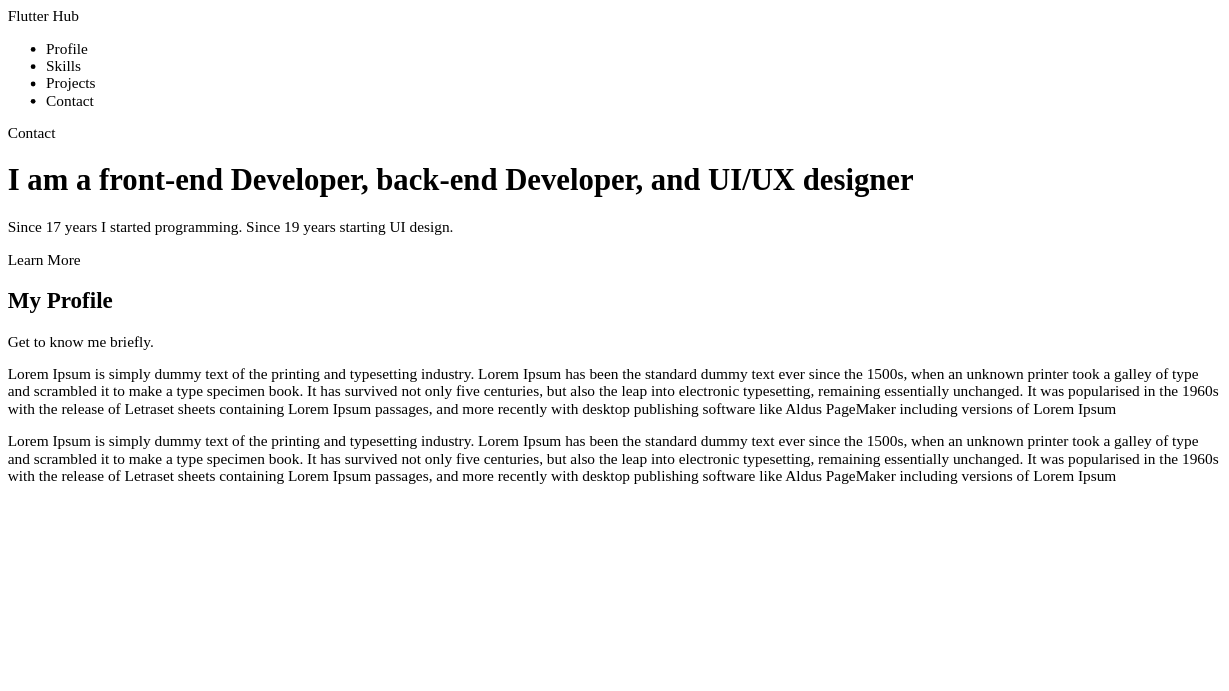
Repository: fhub-1/tutorial
Page: /
These files come from the project's save history. The page is drawn as it stood at one moment and after the next save; the edit follows.
The browser window is 1280 px wide. The pictures show the whole page, at 96% of full size.
The project was rebuilt for these pictures with package versions that can differ from the ones it lists, and the page was loaded fresh each time. The framework's server and built-in components were replaced by stand-ins that run in the browser. Also part of the build but not shown: next.config.js.

Above is the page before, as saved 2021-06-22 14:50:27.

### pages/_app.js
//adding tailwindcss file
import "tailwindcss/tailwind.css"
import Head from "next/head"


function MyApp({ Component, pageProps }) {
  return (
    //monday adding same files and google fonts
    <>
      <Head>
       <link rel="preconnect" href="https://fonts.gstatic.com" />
       <link href="https://fonts.googleapis.com/css2?family=IBM+Plex+Serif:ital,wght@0,300;0,400;0,500;0,600;0,700;1,300;1,400;1,500;1,600;1,700&display=swap" rel="stylesheet" />
       <link href="https://fonts.googleapis.com/css2?family=IBM+Plex+Serif:ital,wght@0,300;0,400;0,500;0,600;0,700;1,300;1,400;1,500;1,600;1,700&family=Source+Code+Pro:ital,wght@0,400;0,500;0,600;0,700;1,400;1,500;1,600&display=swap" rel="stylesheet"  />
      </Head>
      <Component {...pageProps} />
      </>
  );
}

export default MyApp;

### pages/index.js
import Nav from "../components/Nav"
import Logo from "../components/Logo"
import Button from "../components/Button"
// import Image from 'next/image'
// import Pro from  '../public/Pro1.png'


export default function Home() {

  return (
    <>
      {/* starting on the hero section */}
      {/* working on the hero background on the hero section */}
      <div className="bg-hero  h-[700px] bg-repeat-round">
        <div className="container mx-auto">
          <div className="flex  items-center py-10">
            <div className="w-3/12 ">
              {/* bring logo from logo js */}
              <Logo />
            </div>
            <div className="w-6/12">
              {/* create new file nav js copy the code */}
              <Nav />
            </div>
            <div className="w-3/12 text-right">
              <Button variant="outline-b  lue">Contact</Button>
            </div>
            </div>
          <div className="text-center mt-18">
            <h1 className=" text-3xl  text-white font-semibold font-mono w-5/12 mx-auto leading-relaxed">
            I am a front-end Developer, back-end Developer, and  UI/UX designer
            </h1>
            <p className="text-white text-opacity-60 text-lg mt-6 mx-auto w-4/12 leading-relaxed">Since 17 years I started programming. Since 19 years starting UI design.</p>
            <Button variant="yellow" className="mt-10 text-center">Learn More</Button>
          </div>
          </div>
      </div>
      {/* end of the hero */}

      {/* profile section */}
      <section className="py-28">
        <div className="containeter mx-auto">
          <h2 className="text-2xl font-semi font-mono text-center font-bold">My Profile</h2>
          <p className="text-center text-gray-400 text-lg mt-2">Get to know me briefly.</p>
          <div className="flex">
            <div className="w-4/12">
              {/* <Image src={Pro} alt="profile image" className="w-full pr-10"/> */}

            </div>
            <div className="w-8/12">
              <p className="text-lg">Lorem Ipsum is simply dummy text of the printing and typesetting industry. Lorem Ipsum has been the  standard dummy text ever since the 1500s, when an unknown printer took a galley of type and scrambled it to make a type specimen book. It has survived not only five centuries, but also the leap into electronic typesetting, remaining essentially unchanged. It was popularised in the 1960s with the release of Letraset sheets containing Lorem Ipsum passages, and more recently with desktop publishing software like Aldus PageMaker including versions of Lorem Ipsum</p>
              <p className="text-lg">Lorem Ipsum is simply dummy text of the printing and typesetting industry. Lorem Ipsum has been the  standard dummy text ever since the 1500s, when an unknown printer took a galley of type and scrambled it to make a type specimen book. It has survived not only five centuries, but also the leap into electronic typesetting, remaining essentially unchanged. It was popularised in the 1960s with the release of Letraset sheets containing Lorem Ipsum passages, and more recently with desktop publishing software like Aldus PageMaker including versions of Lorem Ipsum</p>
            </div>
          </div>
        </div>
      </section>
      {/* end of profile section */}
    </>

  )
}

### components/Nav.js
import NavItems from "./NavItems"
export default function Nav() {
    return (
        <ul className="flex  justify-center space-x-10  py-20">
                {/* creating deffernts file form naveitems */}
                <NavItems >Profile</NavItems>
                <NavItems >Skills</NavItems>
                <NavItems >Projects</NavItems>
                <NavItems >Contact </NavItems>
                {/* end of top navbar */}
              </ul>
    )
}

### components/Logo.js
export default function Logo() {
    return (
        <div className="text-white uppercase text-2xl font-semibold tracking-widest">
         Flutter Hub
        </div>
    )
}

### components/Button.js
export default function Button({ className,variant, children }) {
    const addClassName = className ? `${className}` : "";

    const variants = {
        "outline-yellow": `border border-yellow text-yellow-500`,
        "yellow": "bg-yellow-500 text-black"
    };

    const pickedVariant = variants[variant];

    return (
        <a className={`border  text-yellow-100 border-yellow-500  py-3 px-10  text-lg font-semibold rounded-full inline-block ${pickedVariant}${addClassName}`}>
            {children}
        </a>
    );
}

### components/NavItems.js
export default function NavItems({children}) {
    return (
        <li><a className="text-white  text-lg  text-opacity-60  font-semibold">{children}</a></li>

    )
}

After the next save:
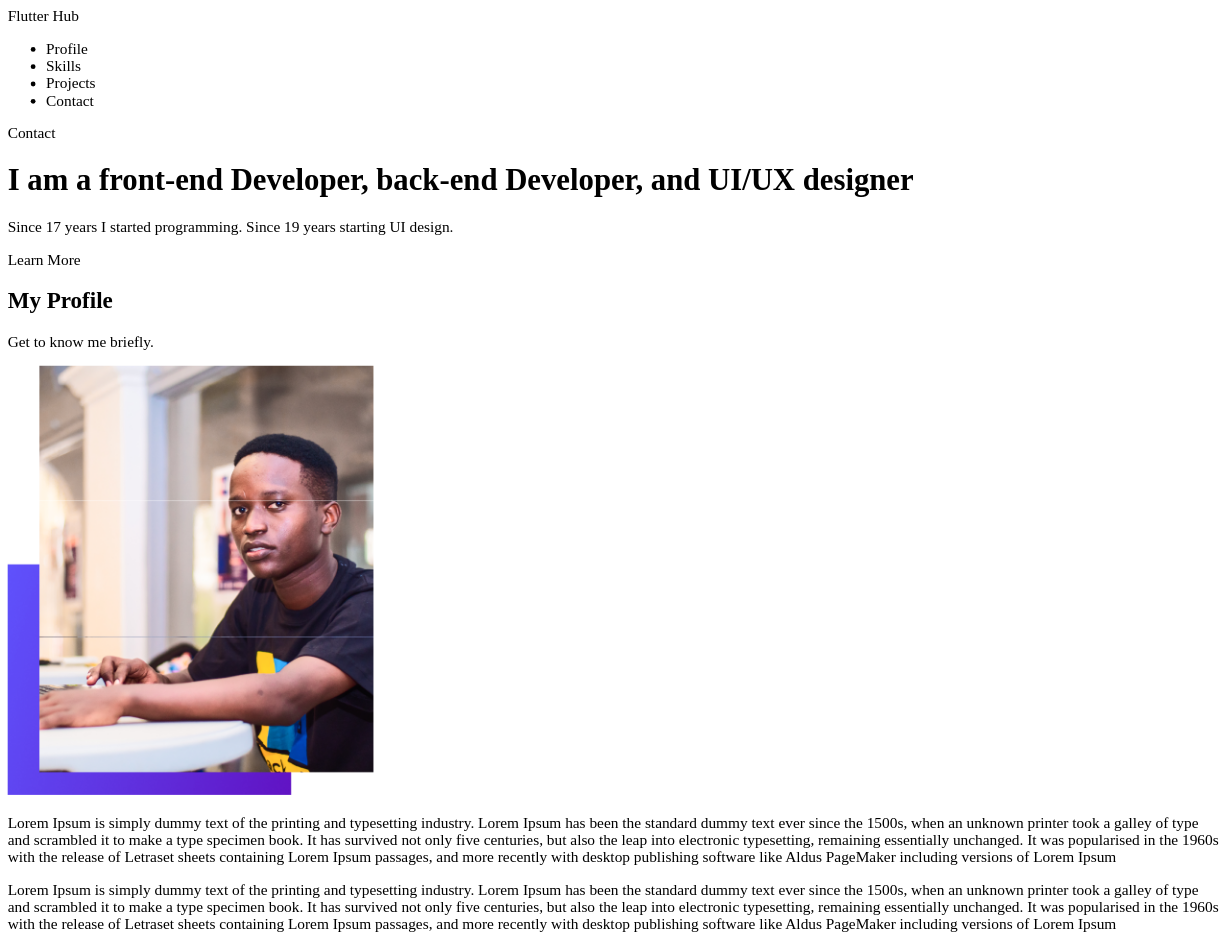
Saved 25 s later.
--- a/pages/index.js
+++ b/pages/index.js
@@ -45,7 +45,7 @@
           <div className="flex">
             <div className="w-4/12">
               {/* <Image src={Pro} alt="profile image" className="w-full pr-10"/> */}
-
+               <img src="/pro.png"/>
             </div>
             <div className="w-8/12">
               <p className="text-lg">Lorem Ipsum is simply dummy text of the printing and typesetting industry. Lorem Ipsum has been the  standard dummy text ever since the 1500s, when an unknown printer took a galley of type and scrambled it to make a type specimen book. It has survived not only five centuries, but also the leap into electronic typesetting, remaining essentially unchanged. It was popularised in the 1960s with the release of Letraset sheets containing Lorem Ipsum passages, and more recently with desktop publishing software like Aldus PageMaker including versions of Lorem Ipsum</p>
